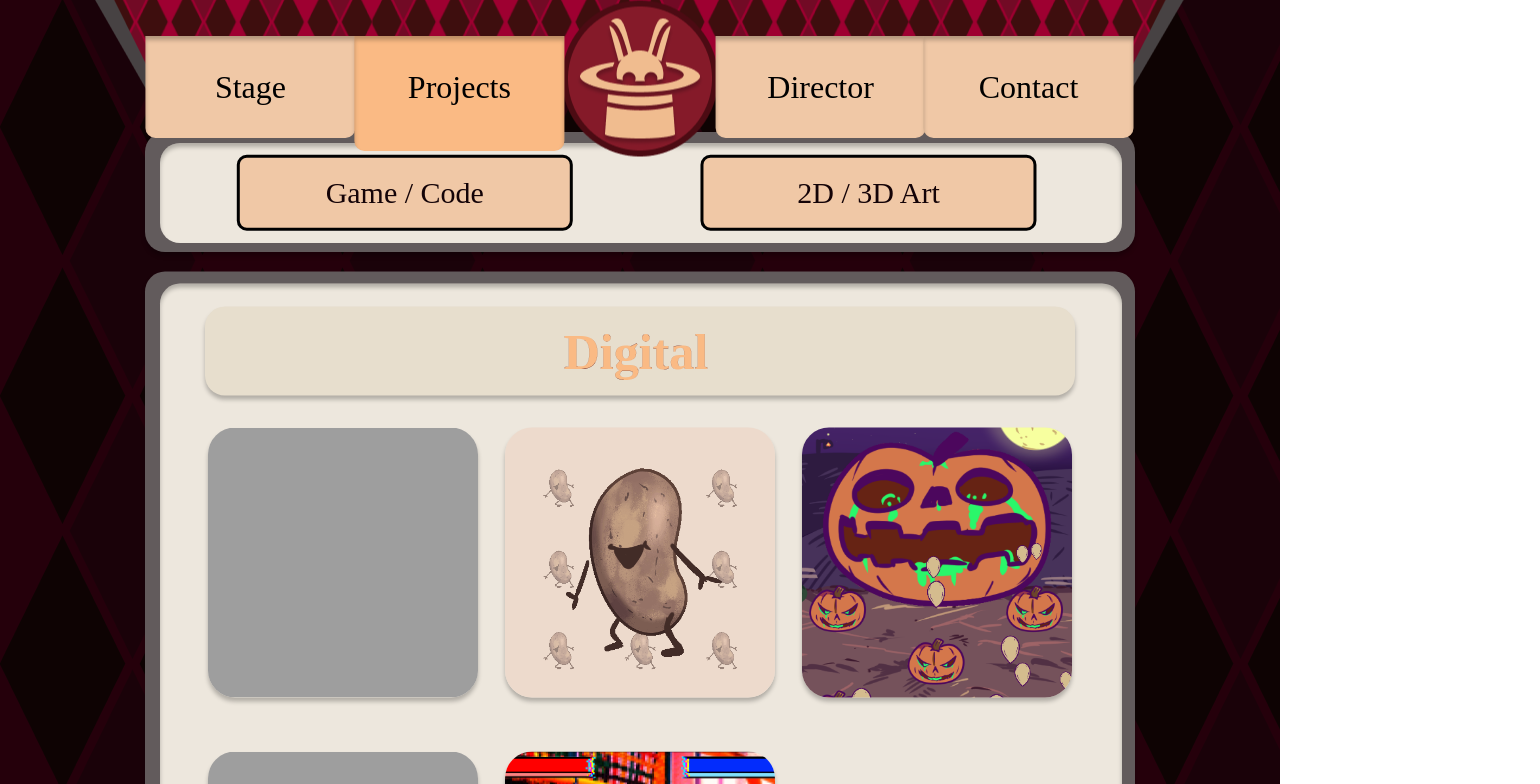
Repository: EMP-ChristinaC/Portfolio
Page: main-project-page/projects.html
The author's editor kept a copy of each file at every save. The page is drawn from the files as they stood at one save, then again after the next save.
The browser window is 1280 px wide. The page is 1280 px wide, then 1540 px, so the pictures cover 1540 px, including what lies to the right of the window. The pictures show the part of the page from y = 0 to 784 px (the page is 2161 px tall).
Pictures or frames that could not be fetched are drawn as grey boxes. Some web fonts or font styles are not loaded; a fallback is used.

Above is the page before, as saved 2024-12-18 16:24:46.

### main-project-page/projects.html
<!DOCTYPE html>
<html lang="en">

<head>
    <meta charset="UTF-8">
    <meta name="viewport" content="width=device-width, initial-scale=1.0">
    <title>CC- Project Gallery Main</title>
    <!--- ////////////////// OUTSIDE STYLES //////////////////-->


    <!--- ///////////////// GOOGLE FONTS  ////////////////////-->
    <link rel="preconnect" href="https://fonts.googleapis.com">
    <link rel="preconnect" href="https://fonts.gstatic.com" crossorigin>
    <link
        href="https://fonts.googleapis.com/css2?family=Overlock:ital,wght@0,400;0,700;0,900;1,400;1,700;1,900&family=Vast+Shadow&display=swap"
        rel="stylesheet">

    <!--- /////////////// MY STYLES ////////////////-->

    <link rel="stylesheet" href="projects-style.css">
    <link rel="stylesheet" href="../nav.css">
    <link rel="stylesheet" href="projects-style1280x1024.css">
    <link rel="stylesheet" href="media-style-mac-main.css">
    <link rel="stylesheet" href="media-style-phone-main.css">

    <!--- //////////////// FAVICON LINKS ///////////////////-->
    <link rel="shortcut icon" href="../image/logo.png" type="image/x-icon">
    <link rel="icon" href="../image/logo.png" type="image/x-icon">

</head>

<body class="project">

    <!--- /////////////////////// NAVIGATION /////////////////////-->
    <header class="navigation">
        <img class="nav-background" src="../image/nav-background.png"
            alt="A decor for the nav, it holds a logo with diamond patterns in the background.">


            <a href="../index.html" class="nav-home">Stage</a>
            <a href="../about-page/about.html" class="nav-about">Director</a>
            <a href="../contact-page/contact.html" class="nav-contact">Contact</a>
            <a href="projects.html" class="nav-projects current">Projects</a>
    </header>

    <!--- /////////////////////// BOX OUTLINE ///////////////////////-->

    <div class="box-outline-outside-projects-sub-nav">
        <div class="box-outline-inside-projects-sub-nav"></div>
    </div>

    <a href="projects.html" class="main current-sub">Game / Code</a>

    <a href="../sub-project-page/projects-two.html" class="sub">2D / 3D Art</a>


    <div class="box-outline-outside-projects">
        <div class="box-outline-inside-projects"></div>
    <!-- <div class="dia-left-projects">
        <img src="../image/Dia-bottom-left.png"
            alt="A diamond pattern decor that is placed onto the bottom left of the box outline">
    </div>

    <div class="dia-right-projects">
        <img src="../image/Dia-top-right.png"
            alt="A diamond pattern decor that is placed onto the top right of the box outline">
    </div> -->
    </div>

    <div class="box-outline-heading-wel-project">
        <div class="heading-intro-project">
            <h1>Digital</h1>
        </div>
    </div>

    <!--- ////////////////////////-->

    <div class="box-outline-outside-projects-two">
        <div class="box-outline-inside-projects-two"></div>
    <!-- <div class="dia-left-projects-two">
        <img src="../image/Dia-bottom-left.png"
            alt="A diamond pattern decor that is placed onto the bottom left of the box outline">
    </div>

    <div class="dia-right-projects-two">
        <img src="../image/Dia-top-right.png"
            alt="A diamond pattern decor that is placed onto the top right of the box outline">
    </div> -->
    </div>

    <div class="box-outline-heading-wel-project-two">
        <div class="heading-intro-project-two">
            <h1>Physical</h1>
        </div>
    </div>



    <!--- ////////////////////////-->

    <div class="box-outline-outside-foot">
        <div class="box-outline-inside-foot"></div>

            <footer class="section">
                <p>© 2024 by Christina Chan. Powered and secured by Github</p>

                <a class="github" href="https://github.com/EMP-ChristinaC"> <img src="../image/Github-icon.png"
                    alt="Github icon image."></a>

            <a class="twitter" href="https://x.com/EMP_Nifl"> <img src="../image/Twitter-Icon.png"
                    alt="Twitter icon image."></a>

                    <a class="discord" href="https://discordapp.com/users/456539039286165514"> <img src="../image/discord-icon.webp"
                            alt="Discord icon image."></a>

                    <a class="linkedin" href="https://www.linkedin.com/in/christina-chan-290a29323/"> <img src="../image/Linkedin-icon.webp"
                            alt="Linkedin icon image."></a>

                            <a class="instagram" href="https://www.instagram.com/emp_christinac/"> <img
                                src="../../image/InstagramIcon.png" alt="Instagram icon image."></a>
                </div>

            </footer>
    </div>


    <!--- /////////////////////// DECOR  ///////////////////////-->

    <!-- <div class="left-curtain">
        <img src="../image/curtains-left.png" alt="A curtain decor that is placed on the left side of the website.">
    </div>

    <div class="right-curtain">
        <img src="../image/curtain-right.png" alt="A curtain decor that is placed on the right side of the website.">
    </div> -->

    <!--- /////////////////////// TEXT ///////////////////////-->


    <!--- /////////////////////// FOOTER ///////////////////////-->


    <!--- /////////////////////// IMAGES DESKTOP ///////////////////////-->

    <div class="image-container">
        <a href="../projects/cardcraft/mc.html"> <img src="../image/CardCraft-Show Case-Overview.jpg" alt="An overview image of a project called CardCraft.">
        <div class="hover-overlay">
            <div class="hover-text-overlay">CardCraft</div>
        </div>
    </div>

    <div class="image-container-two">
        <a href="../projects/potato-shuffle/potato.html"> <img src="../image/Cover.png" alt="An overview image of a project called Potato Shuffle.">
        <div class="hover-overlay">
            <div class="hover-text-overlay">Potato Shuffle</div>
        </div>
    </div>

    <div class="image-container-three">
        <a href="../projects/mystic-rain/mystic.html"> <img src="../image/MysticRain Home Screen.png" alt="An overview image of a project called MysticRain.">
        <div class="hover-overlay">
            <div class="hover-text-overlay">MysticRain</div>
        </div>
    </div>


    <div class="image-container-four">
        <a href="../projects/smash-n-dash/smash.html"> <img src="../image/Smash-N-Dash-Main-Screen.png" alt="An overview image of a project called Smash N Dash.">
        <div class="hover-overlay">
            <div class="hover-text-overlay">Smash-n-Dash</div>
        </div>
    </div>

    <div class="image-container-five">
        <a href="../projects/"> <img src="../image/Inner-Demons-Gallery.png" alt="An overview image of a project called Sniffle: The Fox Box.">
        <div class="hover-overlay">
            <div class="hover-text-overlay">Inner Demons<br> [In Progress]</div>
        </div>
    </div>

    <div class="image-container-six">
        <a href="../projects/"> <img src="../image/OnlyTwo-Gallery.png" alt="An overview image of a project called Liyue Sunset.">
        <div class="hover-overlay">
            <div class="hover-text-overlay">Only Two<br> [In Progress]</div>
        </div>
    </div>

    <div class="image-container-seven">
        <a href=""> <img src="../image/Please-Wait.png" alt="An overview image of a project called Please Wait.">
        <div class="hover-overlay">
            <div class="hover-text-overlay">Please Wait! <br> [In Progress]</div>
        </div>
    </div>


</body>

</html>

### nav.css
/*///////////////////////// Body Background /////////////////////*/
html {
    background-image: url('./image/background.png');

}

/* .left-curtain {
    position: fixed;
    top: 0%;
    left: 0%;

}

.right-curtain {
    position: fixed;
    top: 0%;
    right: 0%;

} */
/*///////////////////////// Navigation Overall /////////////////////*/

.nav-home,
.nav-about,
.nav-contact,
.nav-projects {
    width: 210px;
    height: 102px;
    left: 0%;
    top: 0%;
    position: absolute;
    background: #F0C8A6;
    box-shadow: 0px 4px 4px rgba(0, 0, 0, 0.25) inset;
    border-bottom-left-radius: 10px;
    border-bottom-right-radius: 10px;
    cursor: pointer;
    color: black;
    font-size: 32px;
    font-family: Vast Shadow;
    font-weight: 400;
    border: none;
    z-index: 2;
    text-align: center;
    line-height: 102px;
    border: 3px #eebb8e;

}

.current {
    height: 16%;
    max-height: 153px;
    background: #FABA84;
    transition: all 0.3s ease-in-out;

}

.current-sub {
    background: #FABA84;
    transition: all 0.3s ease-in-out;
}

/*///////////////////////// Nav Home //////////////////////////*/
.nav-home {
    position: fixed;
    top: 5%;
    left: 50%;
    transform: translate(-235.5%);
}

.nav-home:hover {
    height: 16%;
    max-height: 153px;
    background: #FABA84;

    transition: background-color 0.5s ease-in-out;
    transition: height 1s ease-in-out;
}

/*///////////////////////////// Nav About /////////////////////////*/
.nav-about {
    position: fixed;
    top: 5%;
    left: 50%;
    transform: translate(36%);
}

.nav-about:hover {
    height: 16%;
    max-height: 153px;
    background: #FABA84;

    transition: background-color 1s ease-in-out;
    transition: height 1s ease-in-out;
}

/*/////////////////////////////////// Nav Contact ///////////////////////*/
.nav-contact {
    position: fixed;
    top: 5%;
    left: 50%;
    transform: translate(135%);
}

.nav-contact:hover {
    height: 16%;
    max-height: 153px;
    background: #FABA84;

    transition: background-color 0.5s ease-in-out;
    transition: height 1s ease-in-out;
}

/*///////////////////////////////// Nav Projects ////////////////////////////*/
.nav-projects {
    position: fixed;
    top: 5%;
    left: 50%;
    transform: translate(-136%);
}

.nav-projects:hover {
    height: 16%;
    max-height: 153px;
    background: #FABA84;

    transition: background-color 0.5s ease-in-out;
    transition: height 1s ease-in-out;
}

/*///////////////////////////////// Nav Decor ////////////////////////////*/
.nav-background {
    position: fixed;
    top: 9%;
    left: 50%;
    transform: translate(-50%, -50%);
    z-index: 2;
}



/*////////////////////////////// Project Arrow Button ///////////////////////*/


/* .side-button-right {
    top: 50%;
    left: 50%;
    cursor: pointer;
    position: fixed;
    transform: translate(670%, -100%);
}

.side-button-left {
    position: fixed;
    top: 50%;
    left: 50%;
    cursor: pointer;
    transform: translate(-770%, -100%);
} */


/*///////////////////////////////// Button Decor ////////////////////////////*/

a,
a:hover {
    text-decoration: none;
    color: black;
}

.type-potato a,
.type-potato-phone-two a,
.type-smash a,
.credit a {
    text-decoration: underline;
    color: black;
}

.type-potato a:hover,
.type-potato-phone-two a:hover,
.type-smash a:hover,
.credit a:hover {
    text-decoration: underline;
    color: #780F2E;
}


.patreon:hover,
.more-about-me:hover,
.view-more:hover,
.form-sumbit:hover,
.form-clear:hover,
.main:hover,
.sub:hover {
    background: #FFC971;
}

.nav-home:active,
.nav-about:active,
.nav-contact:active,
.nav-projects:active,
.patreon:active,
.view-more:active,
.more-about-me:active,
.form-sumbit:active,
.form-clear:active,
.main:active,
.sub:active {
    background-color: #780F2E;
    transition: all 0.3s ease-in-out;
}


/*///////////////////// FOOTER SECTION////////////////*/

footer.section {
    text-align: center;
    color: black;
    font-size: 14px;
    font-family: Overlock;
    font-weight: 400;

    width: 500px;
    position: absolute;
    top: 50%;
    left: 50%;
    transform: translate(-53%, 80%);

}

footer.section p {
    width: 100%;
    height: 100%;
    transform: translate(1%, 35%);
}

.github {
    width: 45px;
    height: 45px;
    position: absolute;
    top: 50%;
    left: 50%;
    overflow: hidden;
    box-shadow: 0px 4px 4px rgba(0, 0, 0, 0.25);
    border-radius: 30px;
    transform: translate(-290%, -180%);
}

.github img {
    width: 100%;
    height: 100%;
    object-fit: cover;
    transition: all 0.3s ease-in-out;
    transform: translate(0%, 0%);
}

.twitter {
    width: 45px;
    height: 45px;
    position: absolute;
    top: 50%;
    left: 50%;
    overflow: hidden;
    box-shadow: 0px 4px 4px rgba(0, 0, 0, 0.25);
    border-radius: 30px;
    transform: translate(-160%, -180%);
}

.twitter img {
    width: 100%;
    height: 100%;
    object-fit: cover;
    transition: all 0.3s ease-in-out;
    transform: translate(-0%, -0%);
}


.discord {
    width: 45px;
    height: 45px;
    position: absolute;
    top: 50%;
    left: 50%;
    overflow: hidden;
    box-shadow: 0px 4px 4px rgba(0, 0, 0, 0.25);
    border-radius: 30px;
    transform: translate(-30%, -180%);
}

.discord img {
    width: 100%;
    height: 100%;
    object-fit: cover;
    transition: all 0.3s ease-in-out;
    transform: translate(-0%, -0%);
}


.linkedin {
    width: 45px;
    height: 45px;
    position: absolute;
    top: 50%;
    left: 50%;
    overflow: hidden;
    box-shadow: 0px 4px 4px rgba(0, 0, 0, 0.25);
    border-radius: 30px;
    transform: translate(95%, -180%);
}

.linkedin img {
    width: 100%;
    height: 100%;
    object-fit: cover;
    transition: all 0.3s ease-in-out;
    transform: translate(-0%, -0%);
}

.instagram {
    width: 45px;
    height: 45px;
    position: absolute;
    top: 50%;
    left: 50%;
    overflow: hidden;
    box-shadow: 0px 4px 4px rgba(0, 0, 0, 0.25);
    border-radius: 30px;
    transform: translate(220%, -180%);
}

.instagram img {
    width: 100%;
    height: 100%;
    object-fit: cover;
    transition: all 0.3s ease-in-out;
    transform: translate(-0%, -0%);
}

### main-project-page/media-style-mac-main.css
@media screen and (min-width: 2005px) and (min-height: 1353px) {


    /*///////////////////////////////// Nav Decor ////////////////////////////*/
    .nav-background {
        transform: translate(-50%, -57%);
        width: 1320px;
        height: auto;

    }


    .nav-home,
    .nav-about,
    .nav-contact,
    .nav-projects {
        width: 250px;
        height: 120px;
        font-size: 38px;
        font-weight: 400;
        line-height: 120px;
    }

    .current {
        height: 16%;
    }

    /*///////////////////////// Nav Home //////////////////////////*/
    .nav-home {
        transform: translate(-235.5%);
    }

    .nav-home:hover {
        height: 16%;
    }

    /*///////////////////////////// Nav About /////////////////////////*/
    .nav-about {
        transform: translate(-136%);
    }

    .nav-about:hover {
        height: 16%;
    }

    /*/////////////////////////////////// Nav Contact ///////////////////////*/
    .nav-contact {
        transform: translate(36%);
    }

    .nav-contact:hover {
        height: 16%;
    }

    /*///////////////////////////////// Nav Projects ////////////////////////////*/
    .nav-projects {
        transform: translate(135%);
    }

    .nav-projects:hover {
        height: 16%;
    }

    /*//////////////////////////*/


    /* .project::before {
        width: 2005px;
        height: 2400px;
    } */


    .left-curtain img {
        width: auto;
        height: 1480px;
    }


    .right-curtain img {
        width: auto;
        height: 1510px;
    }





}

### main-project-page/media-style-phone-main.css
/*///////////////////////////////// @Media Index ////////////////////////////*/



/* //////////////////////////// Most Mobile devices ////////////////////////    */
@media screen and (max-width: 480px) {


    /* .project::before {
        width: 1090px;
        height: 3800px;
    } */

    .left-curtain {
        display: none;

    }

    .right-curtain {
        display: none;
    }


    /*///////////////////////////////// Nav Decor ////////////////////////////*/
    .nav-background {
        width: 1150px;
        height: auto;
        transform: translate(-50%, -95%);
    }

    /*///////////////////////// Navigation Overall /////////////////////*/
    .nav-home,
    .nav-about,
    .nav-contact,
    .nav-projects {
        width: 210px;
        height: 90px;
        font-size: 30px;
        line-height: 80px;

    }

    .current {
        height: 120px;
    }

    /*///////////////////////// Nav Home //////////////////////////*/
    .nav-home {
        transform: translate(-235.5%, -20px);
    }

    .nav-home:hover {
        height: 90px;
    }

    /*///////////////////////////// Nav About /////////////////////////*/
    .nav-about {
        transform: translate(-136%, -20px);
    }

    .nav-about:hover {
        height: 90px;
    }

    /*/////////////////////////////////// Nav Contact ///////////////////////*/
    .nav-contact {
        transform: translate(36%, -20px);
    }

    .nav-contact:hover {
        height: 90px;
    }

    /*///////////////////////////////// Nav Projects ////////////////////////////*/
    .nav-projects {
        transform: translate(135%, -20px);
    }

    .nav-projects:hover {
        height: 16%;
        max-height: 90px;
    }

    /*/////////////////////////////// Box Outline Outside ////////////////////////////*/


    .box-outline-outside-projects,
    .box-outline-outside-projects-two {
        width: 1000px;
        height: 1600px;
        left: 11%;
    }

    .box-outline-outside-projects {
        transform: translate(-0%, 3%);
    }


    .box-outline-outside-projects-two {
        transform: translate(-0%, 107%);
    }


    .box-outline-outside-projects-sub-nav {
        width: 990px;
        height: 120px;
        transform: translate(-15%, -95%);
    }


    /*///////////////////////////// Box Outline Inside ////////////////////////////*/

    .box-outline-inside-projects,
    .box-outline-inside-projects-two {
        width: 970px;
        height: 1550px;
    }

    .box-outline-inside-projects-sub-nav {
        width: 962px;
        height: 100px;
    }

    /*////////////////////////////////// Footer Outline //////////////////////////*/

    .box-outline-outside-foot {
        width: 1090px;
        height: 300px;
    }

    .box-outline-outside-foot {
        transform: translate(-18%, 1120%);

    }

    footer.section p {
        font-size: 25px;
        width: 900px;
        transform: translate(-20%, 0%);
    }
    /*/////////////////////////////////////*/

    .box-outline-inside-foot {
        left: 1%;
        width: 1070px;
        height: 276px;

    }

    .github {
        width: 85px;
        height: 85px;
        border-radius: 40px;
    }

    .twitter {
        width: 85px;
        height: 85px;
        border-radius: 40px;
    }

    .discord {
        width: 85px;
        height: 85px;
        border-radius: 40px;
    }

    .linkedin {
        width: 85px;
        height: 85px;
        border-radius: 40px;
    }

    .instagram {
        width: 85px;
        height: 85px;
        border-radius: 40px;
    }
    /*///////////////////////////////// Heading Box ////////////////////////////*/


    .box-outline-heading-wel-project,
    .box-outline-heading-wel-project-two {
        width: 870px;
        height: 100px;

    }

    /*/////////////////////////////////////*/

    .box-outline-heading-wel-project {
        transform: translate(-10%, 100%);
    }

    .box-outline-heading-wel-project-two {
        transform: translate(-10%, 1760%);
    }

    /*//////////////////////////// Paragraph Outline ///////////////////////////*/

    /*///////////////////////////////// Heading Text ////////////////////////////*/
    .heading-intro-project,
    .heading-intro-project-two {
        line-height: 90px;
        width: 900px;
        font-size: 39px;
        text-align: center;
        -webkit-text-stroke: 1px #4C0B13;
        top: -50%;
        left: -3%;
    }


    /*///////////////////////////////// Paragraph Text ////////////////////////////*/

    /*///////////////////////////////// Images /////////////////////////////////////*/

    .image-container {
        transform: translate(-20%, 475%);
    }

    .image-container-two {
        transform: translate(94%, 60%);
    }

    .image-container-three {
        transform: translate(94%, 171%);
    }

    .image-container-four {
        transform: translate(-20%, 171%);
    }

    .image-container-five {
        transform: translate(-20%, 280%);
    }

    .image-container-six {
        transform: translate(94%, 475%);
    }

    .image-container-seven {
        transform: translate(-20%, 60%);
    }

    .image-container,
    .image-container-two,
    .image-container-three,
    .image-container-four,
    .image-container-five,
    .image-container-six,
    .image-container-seven {
        width: 400px;
        height: 400px;
    }

    /*///////////////////////////////// Button ////////////////////////////*/

    .main,
    .sub {
        width: 380px;
        height: 70px;
        font-size: 35px;
        line-height: 70px;
    }

    .main {
        transform: translate(-20%, -120%);
    }

    .sub {
        transform: translate(100%, -120%);

    }

    /*///////////////////////////////// Decor ////////////////////////////*/

    .dia-left-projects img,
    .dia-left-projects-two img {
        width: 200px;
        height: auto;
        top: 0%;
        left: 1%;
    }

    .dia-right-projects img,
    .dia-right-projects-two img {
        width: 200px;
        height: auto;
        top: 0%;
        left: 79%;
    }


    .dia-left-projects img {
        transform: translate(0%, 424%);
    }

    .dia-left-projects-two img {
        transform: translate(0%, 424%);
    }

    .dia-right-projects img {
        transform: translate(0%, 7%);
    }

    .dia-right-projects-two img {
        transform: translate(0%, 7%);
    }



    .hover-text-overlay {
        font-size: 60px;
        font-weight: 400;
        padding: 20px;
        text-align: center;
    }



}

Loaded but not shown: main-project-page/projects-style1280x1024.css (490 lines, source omitted); main-project-page/projects-style.css (486 lines, source omitted)

After the next save:
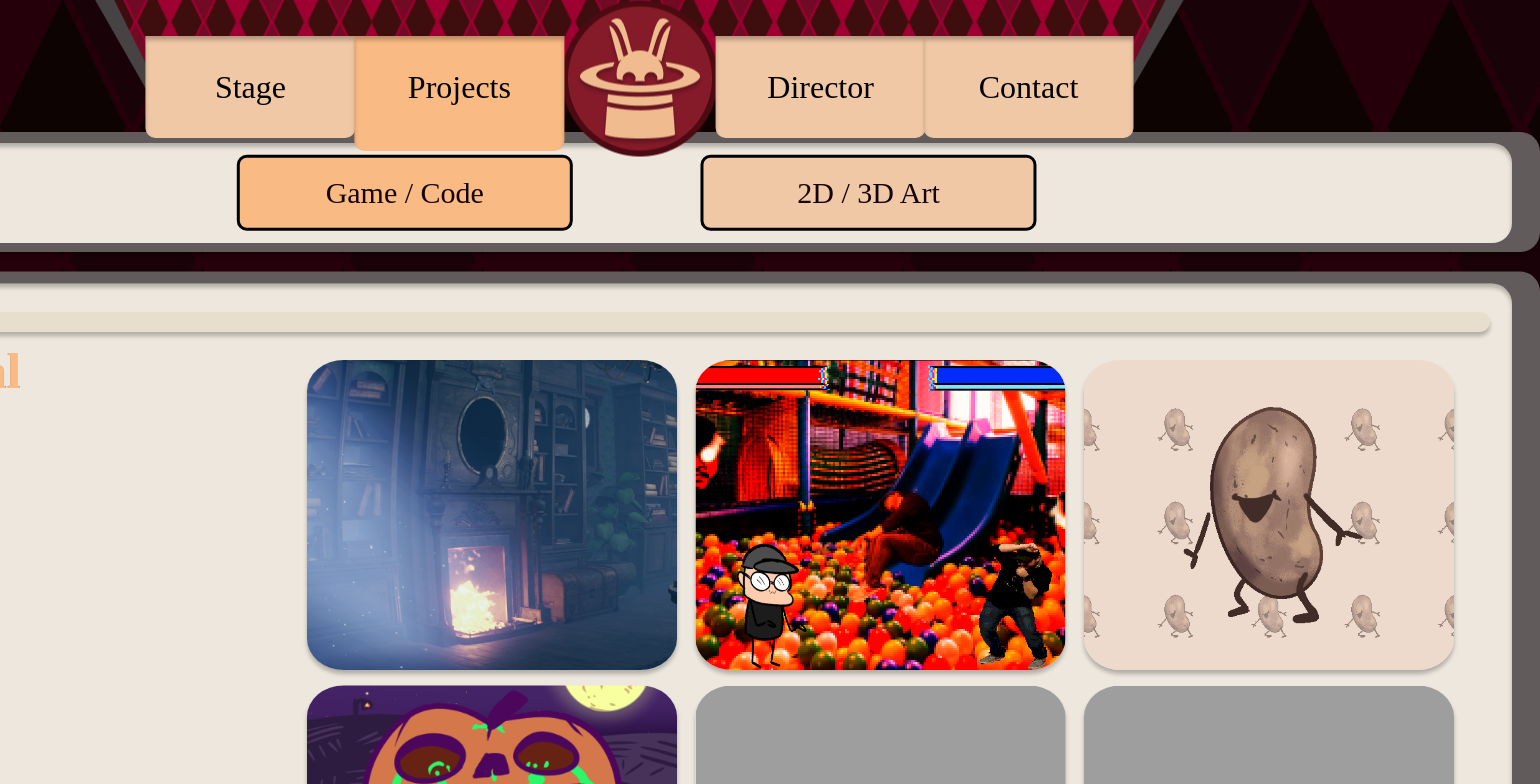
Saved 7 s later.
--- a/main-project-page/projects.html
+++ b/main-project-page/projects.html
@@ -19,7 +19,7 @@
 
     <link rel="stylesheet" href="projects-style.css">
     <link rel="stylesheet" href="../nav.css">
-    <link rel="stylesheet" href="projects-style1280x1024.css">
+    <!-- <link rel="stylesheet" href="projects-style1280x1024.css"> -->
     <link rel="stylesheet" href="media-style-mac-main.css">
     <link rel="stylesheet" href="media-style-phone-main.css">
 
